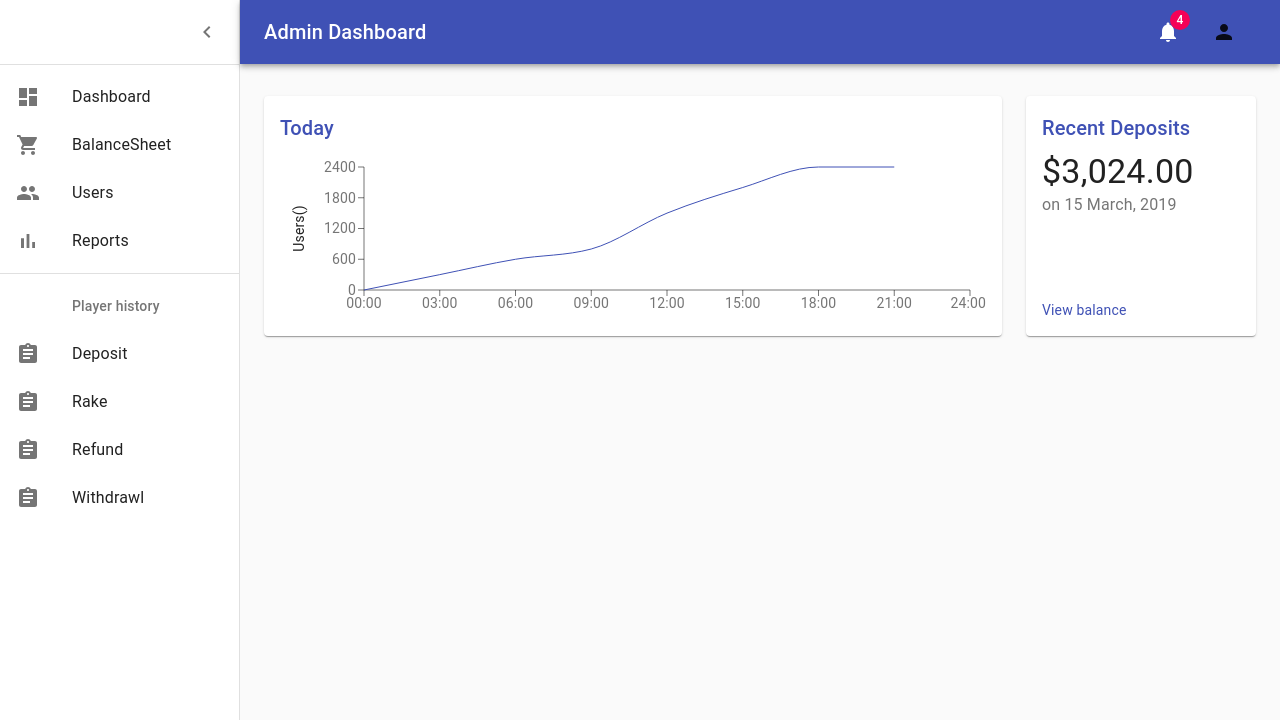
Repository: imayankbisht/ludofrontend
Page: /Dashboard
These files come from the project's save history. The page is drawn as it stood at one moment and after the next save; the edit follows.
The browser window is 1280 px wide. The pictures show the whole page.
The project was rebuilt for these pictures with package versions that can differ from the ones it lists, and the page was loaded fresh each time. Also part of the build but not shown: src/axios.js, src/components/login.js.

Above is the page before, as saved 2021-01-16 14:04:30.

### src/App.js
import React from 'react';
import './App.css';
import {
  BrowserRouter as Router,
  Switch,
  Route,
 Redirect
} from "react-router-dom";
// import SignInOutContainer from './containers';
import Dashboard from './components/Dashboard';
import Login from './components/login';
 function App() {
  return (
    <div className="App">
  <Router >
    <Switch>
      <Route path="/login" component={Login} />
      <Route path="/Dashboard" component={Dashboard} />
      <Redirect from="/" to="/login" />
    </Switch>
  </Router>
      </div>
  );
}


export default App;

### src/App.css
.App {
  /* text-align: center; */

}

.App-logo {
  height: 40vmin;
  pointer-events: none;
}

@media (prefers-reduced-motion: no-preference) {
  .App-logo {
    animation: App-logo-spin infinite 20s linear;
  }
}

.App-header {
  background-color: #282c34;
  min-height: 100vh;
  display: flex;
  flex-direction: column;
  align-items: center;
  justify-content: center;
  font-size: calc(10px + 2vmin);
  color: white;
}

.App-link {
  color: #61dafb;
}

@keyframes App-logo-spin {
  from {
    transform: rotate(0deg);
  }
  to {
    transform: rotate(360deg);
  }
}

### src/components/Dashboard.js
import React from 'react';
import clsx from 'clsx';
import { makeStyles } from '@material-ui/core/styles';
import CssBaseline from '@material-ui/core/CssBaseline';
import Drawer from '@material-ui/core/Drawer';
import Box from '@material-ui/core/Box';
import AppBar from '@material-ui/core/AppBar';
import Toolbar from '@material-ui/core/Toolbar';
import List from '@material-ui/core/List';
import Typography from '@material-ui/core/Typography';
import Divider from '@material-ui/core/Divider';
import IconButton from '@material-ui/core/IconButton';
import Badge from '@material-ui/core/Badge';
import Container from '@material-ui/core/Container';
import Grid from '@material-ui/core/Grid';
import Paper from '@material-ui/core/Paper';
// import Link from '@material-ui/core/Link';
import MenuIcon from '@material-ui/icons/Menu';
import ChevronLeftIcon from '@material-ui/icons/ChevronLeft';
import NotificationsIcon from '@material-ui/icons/Notifications';
import { mainListItems, secondaryListItems } from './listItems';
import Chart from './Chart';
import Deposits from './Deposits';
import MenuItem from "@material-ui/core/MenuItem";
import MenuList from "@material-ui/core/MenuList";
import Hidden from "@material-ui/core/Hidden";
import Grow from "@material-ui/core/Grow";
import Poppers from "@material-ui/core/Popper";
import ClickAwayListener from "@material-ui/core/ClickAwayListener";
import Person from "@material-ui/icons/Person";
import classNames from "classnames";
import Button from "@material-ui/core/Button";
import {Link} from 'react-router-dom';

const drawerWidth = 240;

const useStyles = makeStyles((theme) => ({
  root: {
    display: 'flex',
  },
  toolbar: {
    paddingRight: 24, // keep right padding when drawer closed
  },
  toolbarIcon: {
    display: 'flex',
    alignItems: 'center',
    justifyContent: 'flex-end',
    padding: '0 8px',
    ...theme.mixins.toolbar,
  },
  appBar: {
    zIndex: theme.zIndex.drawer + 1,
    transition: theme.transitions.create(['width', 'margin'], {
      easing: theme.transitions.easing.sharp,
      duration: theme.transitions.duration.leavingScreen,
    }),
  },
  appBarShift: {
    marginLeft: drawerWidth,
    width: `calc(100% - ${drawerWidth}px)`,
    transition: theme.transitions.create(['width', 'margin'], {
      easing: theme.transitions.easing.sharp,
      duration: theme.transitions.duration.enteringScreen,
    }),
  },
  menuButton: {
    marginRight: 36,
  },
  menuButtonHidden: {
    display: 'none',
  },
  title: {
    flexGrow: 1,
  },
  drawerPaper: {
    position: 'relative',
    whiteSpace: 'nowrap',
    width: drawerWidth,
    transition: theme.transitions.create('width', {
      easing: theme.transitions.easing.sharp,
      duration: theme.transitions.duration.enteringScreen,
    }),
  },
  drawerPaperClose: {
    overflowX: 'hidden',
    transition: theme.transitions.create('width', {
      easing: theme.transitions.easing.sharp,
      duration: theme.transitions.duration.leavingScreen,
    }),
    width: theme.spacing(7),
    [theme.breakpoints.up('sm')]: {
      width: theme.spacing(9),
    },
  },
  appBarSpacer: theme.mixins.toolbar,
  content: {
    flexGrow: 1,
    height: '100vh',
    overflow: 'auto',
  },
  container: {
    paddingTop: theme.spacing(4),
    paddingBottom: theme.spacing(4),
  },
  paper: {
    padding: theme.spacing(2),
    display: 'flex',
    overflow: 'auto',
    flexDirection: 'column',
  },
  fixedHeight: {
    height: 240,
  },
}));

 function Dashboard() {
  const classes = useStyles();
  const [open, setOpen] = React.useState(true);
  const [openProfile, setOpenProfile] = React.useState(null);
  const handleClickProfile = event => {
    if (openProfile && openProfile.contains(event.target)) {
      setOpenProfile(null);
    } else {
      setOpenProfile(event.currentTarget);
    }
  };
  const handleCloseProfile = () => {
    setOpenProfile(null);
  };
  const handleDrawerOpen = () => {
    setOpen(true);
  };
  const handleDrawerClose = () => {
    setOpen(false);
  };
  const fixedHeightPaper = clsx(classes.paper, classes.fixedHeight);

  return (
    <div className={classes.root}>
      <CssBaseline />
      <AppBar position="absolute" className={clsx(classes.appBar, open && classes.appBarShift)}>
        <Toolbar className={classes.toolbar}>
          <IconButton
            edge="start"
            color="inherit"
            aria-label="open drawer"
            onClick={handleDrawerOpen}
            className={clsx(classes.menuButton, open && classes.menuButtonHidden)}
          >
            <MenuIcon />
          </IconButton>
          <Typography component="h1" variant="h6" color="inherit" noWrap className={classes.title}>
          Admin Dashboard
          </Typography>
          <IconButton color="inherit">
            <Badge badgeContent={4} color="secondary">
              <NotificationsIcon />
            </Badge>
          </IconButton>
          <Button
          color={window.innerWidth > 959 ? "transparent" : "white"}
          justIcon={window.innerWidth > 959}
          simple={!(window.innerWidth > 959)}
          aria-owns={openProfile ? "profile-menu-list-grow" : null}
          aria-haspopup="true"
          onClick={handleClickProfile}
          className={classes.buttonLink}
        >
          <Person className={classes.icons} />
          <Hidden mdUp implementation="css">
            <p className={classes.linkText}>Profile</p>
          </Hidden>
        </Button>
        <Poppers
          open={Boolean(openProfile)}
          anchorEl={openProfile}
          transition
          disablePortal
          className={
            classNames({ [classes.popperClose]: !openProfile }) +
            " " +
            classes.popperNav
          }
        >
          {({ TransitionProps, placement }) => (
            <Grow
              {...TransitionProps}
              id="profile-menu-list-grow"
              style={{
                transformOrigin:
                  placement === "bottom" ? "center top" : "center bottom"
              }}
            >
              <Paper>
                <ClickAwayListener onClickAway={handleCloseProfile}>
                  <MenuList role="menu">
                    <MenuItem
                      onClick={handleCloseProfile}
                      className={classes.dropdownItem}
                    >
                      Profile
                    </MenuItem>
                    <MenuItem
                      onClick={handleCloseProfile}
                      className={classes.dropdownItem}
                    >
                      Settings
                    </MenuItem>
                    <Divider light />
                    <Link to="login">
                    <MenuItem
                      onClick={handleCloseProfile}
                      className={classes.dropdownItem}
                    >
                      Logout
                    </MenuItem>
                    </Link>
                  </MenuList>
                </ClickAwayListener>
              </Paper>
            </Grow>
          )}
        </Poppers>
        </Toolbar>
      </AppBar>
      <Drawer
        variant="permanent"
        classes={{
          paper: clsx(classes.drawerPaper, !open && classes.drawerPaperClose),
        }}
        open={open}
      >
        <div className={classes.toolbarIcon}>
          <IconButton onClick={handleDrawerClose}>
            <ChevronLeftIcon />
          </IconButton>
        </div>
        <Divider />
        <List>{mainListItems}</List>
        <Divider />
        <List>{secondaryListItems}</List>
      </Drawer>
      <main className={classes.content}>
        <div className={classes.appBarSpacer} />
        <Container maxWidth="lg" className={classes.container}>
          <Grid container spacing={3}>
            {/* Chart */}
            <Grid item xs={12} md={8} lg={9}>
              <Paper className={fixedHeightPaper}>
                <Chart />
              </Paper>
            </Grid>
            {/* Recent Deposits */}
            <Grid item xs={12} md={4} lg={3}>
              <Paper className={fixedHeightPaper}>
                <Deposits />
              </Paper>
            </Grid>

          </Grid>

        </Container>
      </main>
    </div>
  );
}
export default Dashboard;

### src/components/listItems.js
import React from 'react';
import ListItem from '@material-ui/core/ListItem';
import ListItemIcon from '@material-ui/core/ListItemIcon';
import ListItemText from '@material-ui/core/ListItemText';
import ListSubheader from '@material-ui/core/ListSubheader';
import DashboardIcon from '@material-ui/icons/Dashboard';
import ShoppingCartIcon from '@material-ui/icons/ShoppingCart';
import PeopleIcon from '@material-ui/icons/People';
import BarChartIcon from '@material-ui/icons/BarChart';
import LayersIcon from '@material-ui/icons/Layers';
import AssignmentIcon from '@material-ui/icons/Assignment';
import Box from '@material-ui/core/Box';

export const mainListItems = (
  <div>
   <Box>
   <ListItem button>
      <ListItemIcon>
        <DashboardIcon />
      </ListItemIcon>
      <ListItemText primary="Dashboard" />
    </ListItem>
    <ListItem button>
      <ListItemIcon>
        <ShoppingCartIcon />
      </ListItemIcon>
      <ListItemText primary="BalanceSheet" />
    </ListItem>
    <ListItem button>
      <ListItemIcon>
        <PeopleIcon />
      </ListItemIcon>
      <ListItemText primary="Users" />
    </ListItem>
    <ListItem button>
      <ListItemIcon>
        <BarChartIcon />
      </ListItemIcon>
      <ListItemText primary="Reports" />
    </ListItem>
   </Box>

  </div>
);

export const secondaryListItems = (
  <div>
    <ListSubheader inset>Player history</ListSubheader>
    <ListItem button>
      <ListItemIcon>
        <AssignmentIcon />
      </ListItemIcon>
      <ListItemText primary="Deposit" />
    </ListItem>
    <ListItem button>
      <ListItemIcon>
        <AssignmentIcon />
      </ListItemIcon>
      <ListItemText primary="Rake" />
    </ListItem>
    <ListItem button>
      <ListItemIcon>
        <AssignmentIcon />
      </ListItemIcon>
      <ListItemText primary="Refund" />
    </ListItem>
    <ListItem button>
      <ListItemIcon>
        <AssignmentIcon />
      </ListItemIcon>
      <ListItemText primary="Withdrawl" />
    </ListItem>
  </div>
);

### src/components/Chart.js
import React from 'react';
import { useTheme } from '@material-ui/core/styles';
import { LineChart, Line, XAxis, YAxis, Label, ResponsiveContainer } from 'recharts';
import Title from './Title';

// Generate Sales Data
function createData(time, amount) {
  return { time, amount };
}

const data = [
  createData('00:00', 0),
  createData('03:00', 300),
  createData('06:00', 600),
  createData('09:00', 800),
  createData('12:00', 1500),
  createData('15:00', 2000),
  createData('18:00', 2400),
  createData('21:00', 2400),
  createData('24:00', undefined),
];

export default function Chart() {
  const theme = useTheme();

  return (
    <React.Fragment>
      <Title>Today</Title>
      <ResponsiveContainer>
        <LineChart
          data={data}
          margin={{
            top: 16,
            right: 16,
            bottom: 0,
            left: 24,
          }}
        >
          <XAxis dataKey="time" stroke={theme.palette.text.secondary} />
          <YAxis stroke={theme.palette.text.secondary}>
            <Label
              angle={270}
              position="left"
              style={{ textAnchor: 'middle', fill: theme.palette.text.primary }}
            >
              Users()
            </Label>
          </YAxis>
          <Line type="monotone" dataKey="amount" stroke={theme.palette.primary.main} dot={false} />
        </LineChart>
      </ResponsiveContainer>
    </React.Fragment>
  );
}

### src/components/Deposits.js
import React from 'react';
import Link from '@material-ui/core/Link';
import { makeStyles } from '@material-ui/core/styles';
import Typography from '@material-ui/core/Typography';
import Title from './Title';

function preventDefault(event) {
  event.preventDefault();
}

const useStyles = makeStyles({
  depositContext: {
    flex: 1,
  },
});

export default function Deposits() {
  const classes = useStyles();
  return (
    <React.Fragment>
      <Title>Recent Deposits</Title>
      <Typography component="p" variant="h4">
        $3,024.00
      </Typography>
      <Typography color="textSecondary" className={classes.depositContext}>
        on 15 March, 2019
      </Typography>
      <div>
        <Link color="primary" href="#" onClick={preventDefault}>
          View balance
        </Link>
      </div>
    </React.Fragment>
  );
}

Loaded but not shown: public/index.html (common file); src/index.js (common file); src/index.css (common file); src/serviceWorker.js (common file); src/components/Title.js (common file)

After the next save:
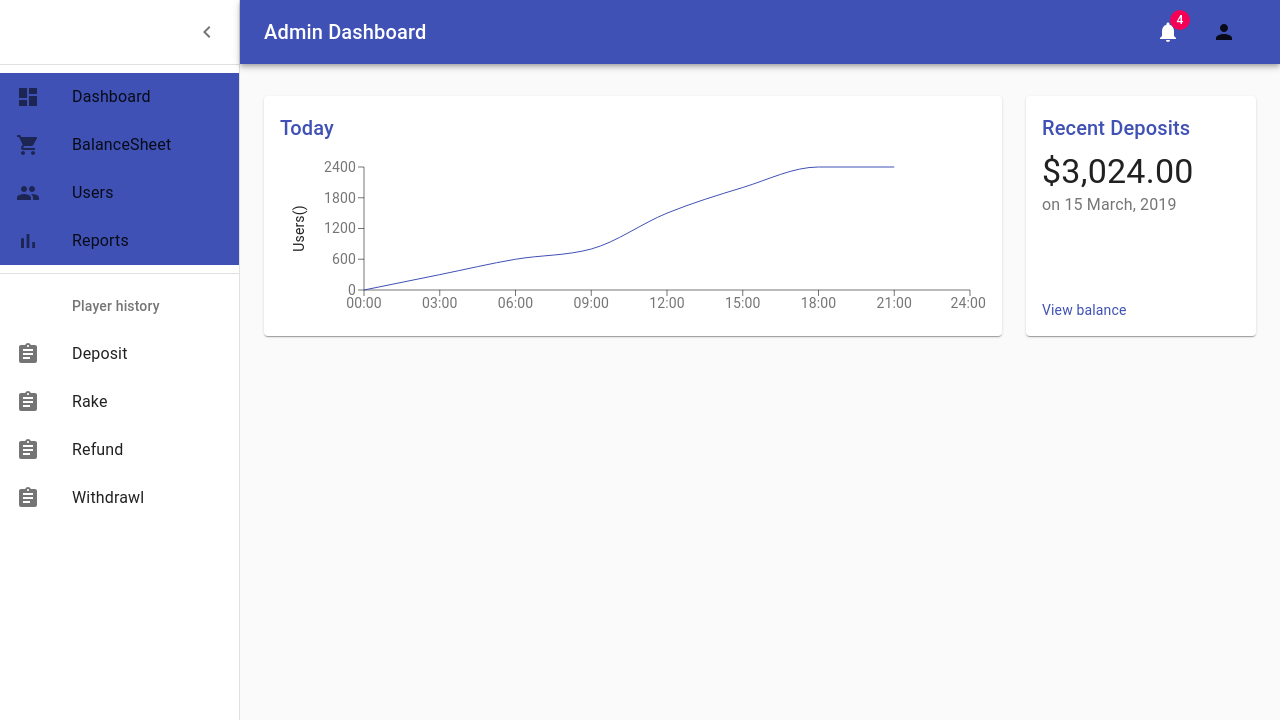
Saved 36 s later.
--- a/src/components/listItems.js
+++ b/src/components/listItems.js
@@ -13,7 +13,7 @@ import Box from '@material-ui/core/Box';
 
 export const mainListItems = (
   <div>
-   <Box>
+   <Box bgcolor="primary.main">
    <ListItem button>
       <ListItemIcon>
         <DashboardIcon />
